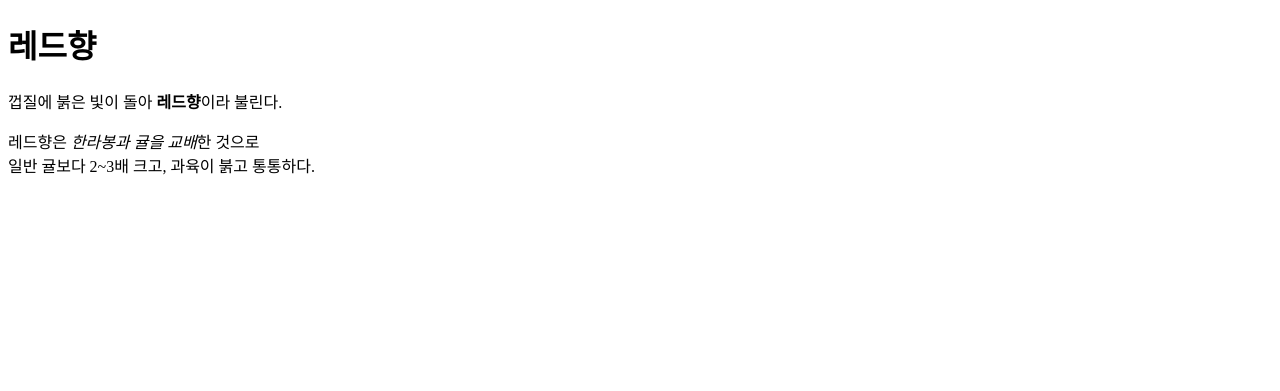
Repository: topyoungil/CodeMemories-ByJake
Page: HTML_CSS/WebContent/test/1003_css/bg-clip.html
An editor plug-in stored every save of this project. The page is shown before and after the next save, followed by the edit.
The browser window is 1280 px wide. The pictures show the whole page.

Above is the page before, as saved 2022-10-03 13:07:19.

### HTML_CSS/WebContent/test/1003_css/bg-clip.html
<!DOCTYPE html>
<html>
<head>
<meta charset="UTF-8">
<title>Insert title here</title>
<style>
	#clip-border {
		background-clip: border-box;
	}

	#clip-padding {
		background-clip: padding-box;
	}

	#clip-padding {
		background-clip: content-box;
	}
</style>
</head>
<body>
	<div id="container">
		<div class="desc" id="clip-border">
			<h1>레드향</h1>
		      <p>껍질에 붉은 빛이 돌아 <b>레드향</b>이라 불린다.</p>
		      <p>레드향은 <em>한라봉과 귤을 교배</em>한 것으로<br>일반 귤보다 2~3배 크고, 과육이 붉고 통통하다.</p>
		</div>
		<div class="desc" id="clip-padding">


		</div>
		<div class="desc" id="clip-content"></div>
	</div>
</body>
</html>

After the next save:
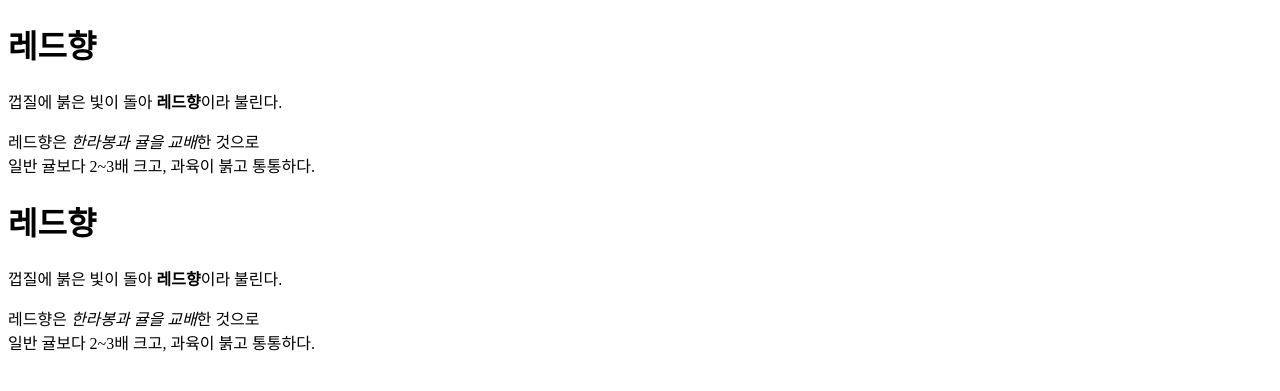
Saved 15 s later.
--- a/HTML_CSS/WebContent/test/1003_css/bg-clip.html
+++ b/HTML_CSS/WebContent/test/1003_css/bg-clip.html
@@ -25,8 +25,9 @@
 		      <p>레드향은 <em>한라봉과 귤을 교배</em>한 것으로<br>일반 귤보다 2~3배 크고, 과육이 붉고 통통하다.</p>
 		</div>
 		<div class="desc" id="clip-padding">
-
-
+			<h1>레드향</h1>
+		      <p>껍질에 붉은 빛이 돌아 <b>레드향</b>이라 불린다.</p>
+		      <p>레드향은 <em>한라봉과 귤을 교배</em>한 것으로<br>일반 귤보다 2~3배 크고, 과육이 붉고 통통하다.</p>
 		</div>
 		<div class="desc" id="clip-content"></div>
 	</div>
